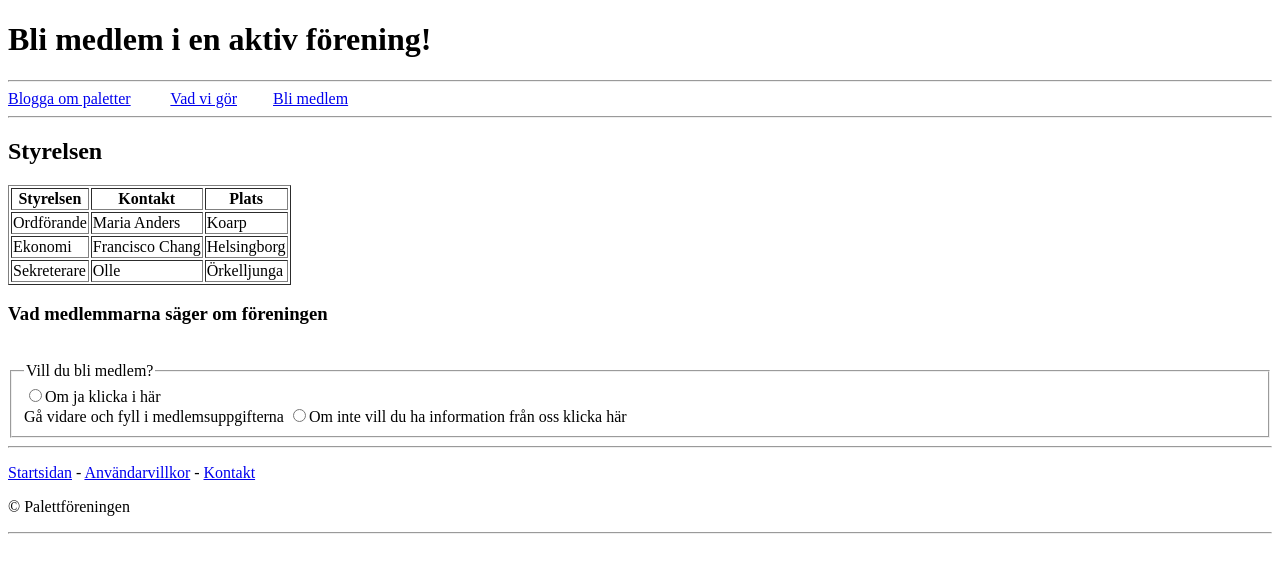
Repository: Webutveckling-20-21/Uppgift-1
Page: medlemskap.html
An editor plug-in stored every save of this project. The page is shown before and after the next save, followed by the edit.
The browser window is 1280 px wide. The pictures show the whole page.

Above is the page before, as saved 2021-09-07 12:35:45.

### medlemskap.html
<!DOCTYPE html>
<html lang="en">

<head>
    <meta charset="UTF-8">
    <meta name="viewport" content="width=device-width, initial-scale=1.0">
    <title>Palettföreningen</title>
</head>

<body>
    <header>
        <h1>Bli medlem i en aktiv förening!</h1>
        <hr>
        <a href="blogg.html">Blogga om paletter</a> &nbsp;&nbsp;&nbsp;&nbsp;&nbsp;&nbsp;&nbsp;&nbsp; <a
            href="verksamheten.html">Vad vi gör</a>&nbsp;&nbsp;&nbsp;&nbsp;&nbsp;&nbsp;&nbsp;&nbsp;
        <a href="medlemskap.html">Bli medlem</a>

    </header>
    <hr>
    <main>
         <h2>Styrelsen</h2>

        <table border="1">
            <tr>
                <th>Styrelsen</th>
                <th>Kontakt</th>
                <th>Plats</th>
            </tr>
            <tr>
                <td>Ordförande</td>
                <td>Maria Anders</td>
                <td>Koarp</td>
            </tr>
            <tr>
                <td>Ekonomi</td>
                <td>Francisco Chang</td>
                <td>Helsingborg</td>
            </tr>
            <tr>
                <td>Sekreterare</td>
                <td>Olle</td>
                <td>Örkelljunga</td>
            </tr>
        </table>


    </main>
    <aside>
        <article>
            <h3>Vad medlemmarna säger om föreningen</h3><br>

        </article>
        <form method="post">
            <fieldset>
                <legend>Vill du bli medlem?</legend>
                <label><input type="radio" name="radio">Om ja klicka i här</label><br>
               Gå vidare och fyll i medlemsuppgifterna</a>
                <label><input type="radio" name="radio">Om inte vill du ha information från oss klicka här</label>
            </fieldset>
            </form>


    </aside>
    <hr>
    <footer>
        <nav>
            <p>
                <a href="blogg.html">Startsidan</a> -
                <a href="villkor.html">Användarvillkor</a> -
                <a href="kontakt.html">Kontakt</a>
            </p>
        </nav>
        <p> &copy; Palettföreningen</p>

    </footer>
    <hr>

</body>


</html>

After the next save:
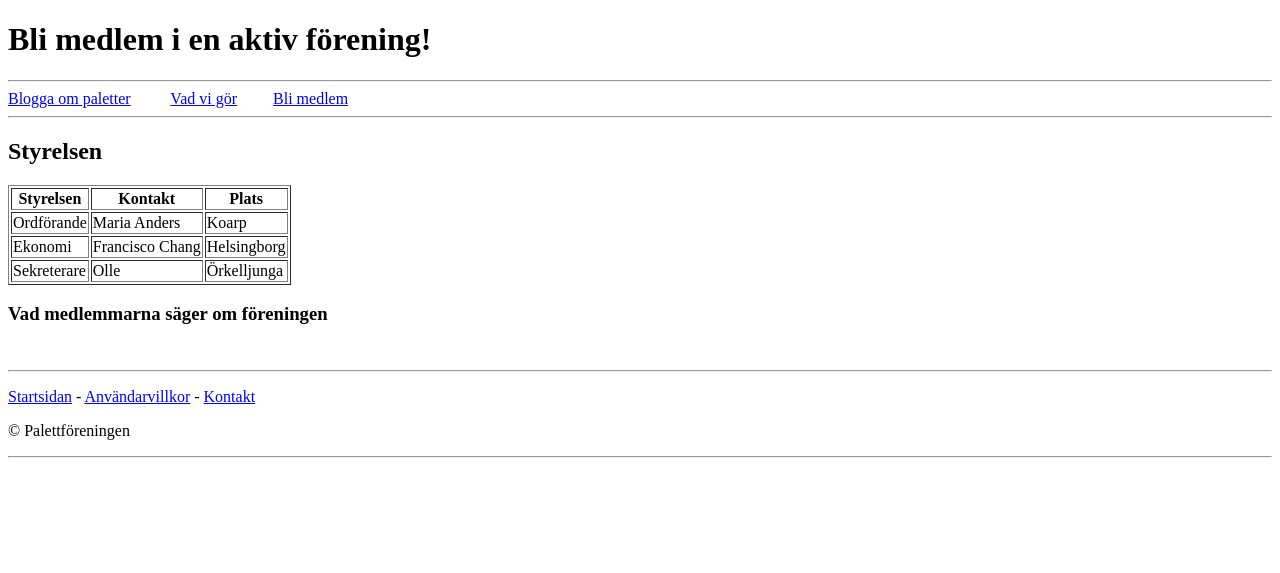
Saved 6 s later.
--- a/medlemskap.html
+++ b/medlemskap.html
@@ -50,14 +50,7 @@
             <h3>Vad medlemmarna säger om föreningen</h3><br>
 
         </article>
-        <form method="post">
-            <fieldset>
-                <legend>Vill du bli medlem?</legend>
-                <label><input type="radio" name="radio">Om ja klicka i här</label><br>
-               Gå vidare och fyll i medlemsuppgifterna</a>
-                <label><input type="radio" name="radio">Om inte vill du ha information från oss klicka här</label>
-            </fieldset>
-            </form>
+
 
 
     </aside>
